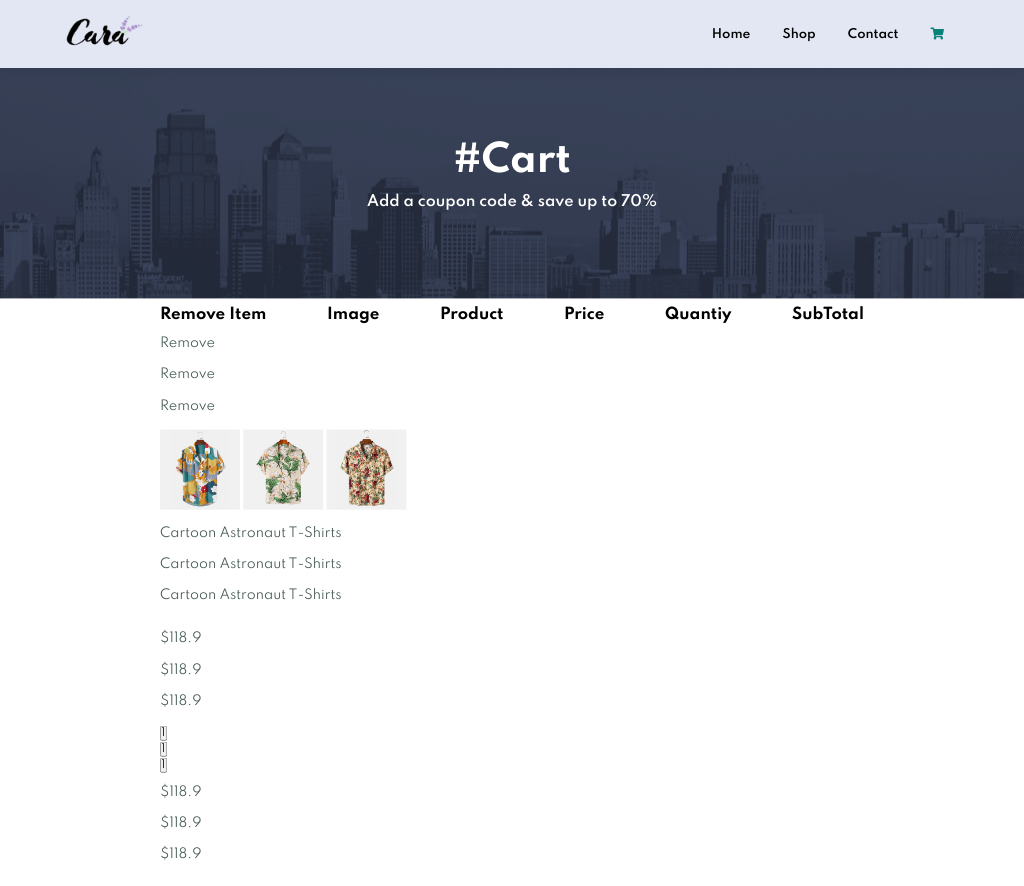
Repository: Daryllgio/E-Commerce-Website-UI
Page: cart.html
These files come from the project's save history. The page is drawn as it stood at one moment and after the next save; the edit follows.
The browser window is 1280 px wide. The pictures show the whole page, at 80% of full size.
Some web libraries are served in a nearby version.

Above is the page before, as saved 2025-01-02 01:47:24.

### cart.html
<!DOCTYPE html>
<html lang="en">

<head>
    <meta charset="UTF-8">
    <meta http-equiv="X-UA-Compatible" content="IE=edge">
    <meta name="viewport" content="width=device-width, initial-scale=1.0">
    <title>Document</title>

    <link rel="stylesheet" href="https://pro.fontawesome.com/releases/v5.10.0/css/all.css" />

    <link rel="stylesheet" href="style.css">
</head>

<body>
    <section id="header">
        <a href="#"><img src="img/logo.png" id="logo" class="logo" alt=""></a>

        <div>
            <ul id="navbar">
                <li>
                    <a href="index.html">Home</a>
                </li>
                <li>
                    <a href="shop.html">Shop</a>
                </li>
                <li>
                    <a href="contact.html">Contact</a>
                </li>
                <li>
                    <a class="active" href="cart.html"><i class="fa fa-shopping-cart" aria-hidden="true"></i></a>
                </li>

            </ul>
        </div>
    </section>

    <section id="CartPageheader" class="section-p1">
        <h2>#Cart</h2>
        <p>Add a coupon code & save up to 70%</p>
    </section>

    <section id="Cart-Summary-Container">
        <div class="Cart-Content-Header">
            <h3>
                Remove Item
            </h3>
            <h3>
                Image
            </h3>
            <h3>
                Product
            </h3>
            <h3>
                Price
            </h3>
            <h3>
                Quantiy
            </h3>
            <h3>
                SubTotal
            </h3>
        </div>
        <div class="Cart-Content">
            <p>
                Remove
            </p>
            <p>
                Remove
            </p>
            <p>
                Remove
            </p>
        </div>

        <div class="Cart-Content">
            <img src="img/products/f1.jpg" class="option" alt="">
            <img src="img/products/f2.jpg" class="option" alt="">
            <img src="img/products/f3.jpg" class="option" alt="">
        </div>

        <div class="Cart-Content">
            <p>
                Cartoon Astronaut T-Shirts
            </p>
            <p>
                Cartoon Astronaut T-Shirts
            </p>
            <p>
                Cartoon Astronaut T-Shirts
            </p>
        </div>
        <div class="Cart-Content">
            <p>
                $118.9
            </p>
            <p>
                $118.9
            </p>
            <p>
                $118.9
            </p>
        </div>

        <div class="Cart-Content">
            <div class="Product-Num-Container">
                <div class="dropdown">
                    <button class="Size-btn" onclick="toggleDropdown('myDropdown2')">1</button>
                    <div class="dropdown-content" id="myDropdown2">
                        <a href="#" onclick="updateButtonText('myDropdown2', this)">1</a>
                        <a href="#" onclick="updateButtonText('myDropdown2', this)">2</a>
                        <a href="#" onclick="updateButtonText('myDropdown2', this)">3</a>
                        <a href="#" onclick="updateButtonText('myDropdown2', this)">4</a>
                        <a href="#" onclick="updateButtonText('myDropdown2', this)">5</a>
                        <a href="#" onclick="updateButtonText('myDropdown2', this)">6</a>
                        <a href="#" onclick="updateButtonText('myDropdown2', this)">7</a>
                        <a href="#" onclick="updateButtonText('myDropdown2', this)">8</a>
                        <a href="#" onclick="updateButtonText('myDropdown2', this)">9</a>
                        <a href="#" onclick="updateButtonText('myDropdown2', this)"></a>
                    </div>
                </div>
            </div>
            <div class="Product-Num-Container">
                <div class="dropdown">
                    <button class="Size-btn" onclick="toggleDropdown('myDropdown2')">1</button>
                    <div class="dropdown-content" id="myDropdown2">
                        <a href="#" onclick="updateButtonText('myDropdown2', this)">1</a>
                        <a href="#" onclick="updateButtonText('myDropdown2', this)">2</a>
                        <a href="#" onclick="updateButtonText('myDropdown2', this)">3</a>
                        <a href="#" onclick="updateButtonText('myDropdown2', this)">4</a>
                        <a href="#" onclick="updateButtonText('myDropdown2', this)">5</a>
                        <a href="#" onclick="updateButtonText('myDropdown2', this)">6</a>
                        <a href="#" onclick="updateButtonText('myDropdown2', this)">7</a>
                        <a href="#" onclick="updateButtonText('myDropdown2', this)">8</a>
                        <a href="#" onclick="updateButtonText('myDropdown2', this)">9</a>
                        <a href="#" onclick="updateButtonText('myDropdown2', this)"></a>
                    </div>
                </div>
            </div>
            <div class="Product-Num-Container">
                <div class="dropdown">
                    <button class="Size-btn" onclick="toggleDropdown('myDropdown2')">1</button>
                    <div class="dropdown-content" id="myDropdown2">
                        <a href="#" onclick="updateButtonText('myDropdown2', this)">1</a>
                        <a href="#" onclick="updateButtonText('myDropdown2', this)">2</a>
                        <a href="#" onclick="updateButtonText('myDropdown2', this)">3</a>
                        <a href="#" onclick="updateButtonText('myDropdown2', this)">4</a>
                        <a href="#" onclick="updateButtonText('myDropdown2', this)">5</a>
                        <a href="#" onclick="updateButtonText('myDropdown2', this)">6</a>
                        <a href="#" onclick="updateButtonText('myDropdown2', this)">7</a>
                        <a href="#" onclick="updateButtonText('myDropdown2', this)">8</a>
                        <a href="#" onclick="updateButtonText('myDropdown2', this)">9</a>
                        <a href="#" onclick="updateButtonText('myDropdown2', this)"></a>
                    </div>
                </div>
            </div>
        </div>
        <div class="Cart-Content">
            <p>
                $118.9
            </p>
            <p>
                $118.9
            </p>
            <p>
                $118.9
            </p>
        </div>
    </section>


    <script src="script.js"></script>

</body>

</html>

### style.css
@import url("https://fonts.googleapis.com/css2?family=Spartan:wght@100;200;300;400;500;600;700;800;900&display=swap");

* {
  margin: 0;
  padding: 0;
  box-sizing: border-box;
  font-family: "Spartan", sans-serif;
}

html {
  scroll-behavior: smooth;
}

/* Global Styles */

h1 {
  font-size: 50px;
  line-height: 64px;
  color: #222;
}

h2 {
  font-size: 46px;
  line-height: 54px;
  color: #222;
}

h4 {
  font-size: 20px;
  color: #222;
}

h6 {
  font-weight: 700;
  font-size: 12px;
}

p {
  font-size: 16px;
  color: #465b52;
  margin: 15px 0 20px 0;
}

.section-p1 {
  padding: 40px 80px;
}

.section-m1 {
  margin: 40px 0;
}

button.normal {
  font-size: 14px;
  font-weight: 400;
  padding: 15px 20px;
  border-radius: 5px;
  cursor: pointer;
  border: none;
  outline: none;
  transition: 0.3s;
}

body {
  width: 100%;
}

#header {
  display: flex;
  align-items: center;
  justify-content: space-between;
  padding: 20px 80px;
  background: #E3E6F3;
  box-shadow: 0 5px 15px rgba(0, 0, 0, 0.06);
  position: sticky;
  top: 0;
  left: 0;

}



#navbar {
  display: flex;
  align-items: center;
  justify-content: center;
}

#navbar li {
  list-style: none;
  padding: 0px 20px;
}

#navbar li a {
  text-decoration: none;
  font-size: 15px;
  font-weight: 600;
  color: #000;
  transition: 0.3s ease;
}

#navbar li a:hover,
#navbar li a.active {
  color: #088178;
}

#HomeHeaderContent {
  background-image: url("img/hero4.png");
  height: 90vh;
  width: 100%;
  background-size: cover;
  background-position: top 25% right 0;
  padding: 0 80px;
  align-items: flex-start;
  display: flex;
  flex-direction: column;
  justify-content: center;
}

#HomeHeaderContent h4 {
  margin-bottom: 10px;
}

#HomeHeaderContent h1 {
  color: #088178;
}

#HomeHeaderContent button {
  color: #088178;
  background-image: url("img/button.png");
  font-size: 15px;
  font-weight: 600;
  background-color: transparent;
  border: 0;
  padding: 14px 80px 14px 65px;
  background-repeat: no-repeat;
  cursor: pointer;
}

#Features {
  display: flex;
  justify-content: space-between;
}

#Features .fe-box {
  width: 200px;
  text-align: center;
  padding: 35px 25px;
  border: 1px solid #cce7d0;
  box-shadow: 20px 20px 34px rgba(0, 0, 0, 0.03);
  border-radius: 10px;
}

#Features .fe-box:hover {
  box-shadow: 10px 10px 54px rgba(0, 0, 0, 0.1);
}

#Features .fe-box img {
  margin-bottom: 10px;
}

#Features .fe-box h6 {
  font-size: 13px;
  display: inline-block;
  line-height: 1;
  border-radius: 4px;
  color: #088178;
  background-color: #fddde4;
  padding: 9px 8px 6px 8px;
}

#Features .fe-box:nth-child(2) h6 {
  background-color: #cdebbc;
}

#Features .fe-box:nth-child(3) h6 {
  background-color: #d1e8f2;
}

#Features .fe-box:nth-child(4) h6 {
  background-color: #cdd4f8;
}

#Features .fe-box:nth-child(5) h6 {
  background-color: #f6dbf6;
}

#Features .fe-box:nth-child(6) h6 {
  background-color: #fff2e5;
}

#product1 {
  text-align: center;
}

#product1 .pro {
  width: 23%;
  min-width: 250px;
  padding: 10px 25px;
  border: 1px solid #f0f0f0;
  border-radius: 20px;
  cursor: pointer;
  box-shadow: 20px 20px 30px rgba(0, 0, 0, 0.02);
  transition: 0.3s ease;
}

#product1 .pro:hover {
  box-shadow: 20px 20px 30px rgba(0, 0, 0, 0.06);

}

#product1 .pro img {
  width: 100%;
  border-radius: 20px;
}

#product1 .pro .des {
  text-align: start;
  padding: 10px 0;
}

#product1 .pro .des span {
  color: #606063;
  font-size: 12px;
}

#product1 .pro .des h5 {
  color: #1a1a1a;
  font-size: 14px;
  padding-top: 7px;
}

#product1 .pro .des .fa-star {
  color: rgb(243, 181, 25);
  font-size: 12px;
}

#product1 .pro .des h4 {
  font-size: 16px;
  padding-top: 7px;
  font-weight: 700;
  color: #088178;

}

#product1 .pro .Shop {
  display: flex;
  justify-content: space-between;
}

#product1 .pro .des .fa-shopping-cart {
  width: 40px;
  height: 40px;
  line-height: 40px;
  border-radius: 50px;
  font-size: 17px;
  background-color: #e8f6ea;
  font-weight: 500;
  color: #088178;
  border: 1px solid #cce7d0;
  text-align: center;
}

#product1 .pro-container {
  display: flex;
  justify-content: space-between;
  padding: 20px;
  flex-wrap: wrap;
}


#banner {
  background-image: url("img/banner/b2.jpg");
  height: 40vh;
  width: 100%;
  background-size: cover;
  background-position: top 25% right 0;
  padding: 0 80px;
  text-align: center;
  display: flex;
  flex-direction: column;
  align-items: center;
  justify-content: center;
}

#banner p {
  font-size: 15px;
  margin-bottom: 15px;
  font-weight: 400;
  color: #ffffff;
}

#banner h2 {
  color: #fff;
  margin-bottom: 15px;
}

#banner span {
  color: red;
}

#banner button:hover {
  color: #fff;
  background-color: #088178;
}



#sm-banner {
  display: flex;
  justify-content: space-between;
  flex-wrap: wrap;
  margin-bottom: 10px;
}

#sm-banner .banner-box {
  background-image: url("img/banner/b17.jpg");
  height: 50vh;
  min-width: 620px;
  background-size: cover;
  padding: 0 20px;
  display: flex;
  flex-direction: column;
  align-items: flex-start;
  justify-content: center;

}

#sm-banner .banner-box:nth-child(2) {
  background-image: url("img/banner/b10.jpg");
}

#sm-banner p {
  font-size: 20px;
  color: #fff;
}

#sm-banner h2 {
  color: #fff;
}

#sm-banner span {
  font-size: 17px;
  color: #fff;
  margin-top: 15px;
}

#sm-banner button {
  margin-top: 25px;
  background-color: transparent;
  color: #fff;
  border: 1px solid #fff;
  transition: 0.3s ease;

}

#sm-banner button:hover {
  border: 0;
  background-color: #088178;
}




#sm-banner2 {
  display: flex;
  justify-content: space-between;
}

#sm-banner2 .banner-box {
  background-image: url("img/banner/b7.jpg");
  height: 30vh;
  width: 420px;
  background-size: cover;
  padding: 0 20px;
  display: flex;
  flex-direction: column;
  align-items: flex-start;
  justify-content: center;
  overflow: hidden;

}

#sm-banner2 .banner-box:nth-child(2) {
  background-image: url("img/banner/b4.jpg");
}

#sm-banner2 .banner-box:nth-child(3) {
  background-image: url("img/banner/b18.jpg");
}

#sm-banner2 h3 {
  font-size: 28px;
  color: #fff;
}

#sm-banner2 span {
  font-size: 17px;
  color: #fff;
  font-weight: 600;
  margin-top: 15px;
}

#sm-NewsLetter {
  background-image: url("img/banner/b14.png");
  background-repeat: no-repeat;
  height: 20vh;
  width: 100%;
  background-size: cover;
  background-position: top 25% right 30%;
  background-color: #041e42;
}

#sm-NewsLetter .Newsletters-Container {
  justify-content: space-between;
  padding: 0 10px;
  display: flex;
  flex-direction: row;
  align-items: center;
}

#sm-NewsLetter .Newsletters-Container h3 {
  color: #fff;
  font-size: 24px;
}

#sm-NewsLetter .Newsletters-Container p {
  color: #fff;
}

#sm-NewsLetter .Newsletters-Container span {
  color: rgb(243, 181, 25);
}

#sm-NewsLetter .Newsletters-Input {
  display: flex;
}

#sm-NewsLetter input {
  width: 400px;
  border: 0;
  border-radius: 5px;
  border-top-right-radius: 0;
  border-bottom-right-radius: 0;
  height: 55px;
  padding-left: 30px;
  font-size: 16px;
}

#sm-NewsLetter button {
  width: 150px;
  height: 55px;
  font-size: 16px;
  color: #fff;
  background-color: #088178;
  border: 0;
  border-radius: 5px;
  border-top-left-radius: 0;
  border-bottom-left-radius: 0;
}

#Footer {
  display: flex;
  flex-direction: row;
  justify-content: space-between;
}

#Footer .Footer-box {
  display: flex;
  flex-direction: column;
}

#Footer a {
  margin-bottom: 10px;
  text-decoration: none;
  color: #000;
}



#Footer h3 {
  margin-bottom: 10px;
}

#Footer .Social-Icons {
  display: flex;
  flex-direction: row;
  align-items: center;
}

#Footer i {
  margin-right: 10px;
}

#Footer span {
  font-weight: 600;
}

#Footer p {
  margin-bottom: 10px;
}

#Footer .pay {
  border: 1px solid #088178;
  border-radius: 10px;
}

#copyright p {
  text-align: center;
  font-size: 17px;
  font-weight: 400;
}

#ShopPageheader {
  background-image: url("img/banner/b1.jpg");
  height: 40vh;
  width: 100%;
  background-size: cover;
  background-position: top 25% right 0;
  padding: 0 80px;
  text-align: center;
  display: flex;
  flex-direction: column;
  align-items: center;
  justify-content: center;
}

#ShopPageheader h2 {
  color: #fff;
}

#ShopPageheader p {
  color: #fff;
  font-size: 18px;
  font-weight: 600;
}

#ShopPagePagination {
  display: flex;
  align-items: center;
  justify-content: center;
  margin-bottom: 20px;
}

#ShopPagePagination a {
  padding: 20px 25px;
  align-items: center;
  text-align: center;
  background-color: #088178;
  font-size: 15px;
  font-weight: 600;
  border: 0;
  text-decoration: none;
  border-radius: 10px;
  margin-right: 10px;
  color: #fff;
}

#ShopPagePagination a i {
  font-size: 18px;
}

.dropdown-content {
  display: none;
  position: absolute;
  background-color: #f9f9f9;
  min-width: 160px;
  box-shadow: 0px 8px 16px rgba(0, 0, 0, 0.2);
  z-index: 1;
}

.dropdown-content a {
  color: black;
  padding: 12px 16px;
  text-decoration: none;
  display: block;
}

.dropdown-content a:hover {
  background-color: #f1f1f1;
}

#Product-Detail-Container {
  display: flex;
  padding: 0 80px;
  margin-top: 30px;
}

#Product-Detail-Container .OptionContainer {
  display: flex;
  align-items: center;
  flex-direction: column;
  margin-right: 30px;
}

#Product-Detail-Container .OptionSubContainer {
  display: flex;
  justify-content: flex-start;
}



#MainImg {
  width: 590px;
  height: 60vh;
  margin-bottom: 10px;
}

#Product-Detail-Container .option {
  width: 140px;
  height: 20vh;
  margin-right: 10px;
  cursor: pointer;
}

#Product-Detail-Container .Product-Category {
  margin-bottom: 20px;
}

#Product-Detail-Container .Product-Price {
  margin-bottom: 20px;
}

#Product-Detail-Container .dropdown-btn {
  padding: 12px 25px;
  border: 1px solid;
  border-radius: 5px;
  background-color: transparent;
}

#Product-Detail-Container .Product-Num-Container {
  display: flex;
  align-items: center;
  margin-top: 10px;
  margin-bottom: 50px;
}

#Product-Detail-Container .Size-btn {
  padding: 12px 25px;
  border: 1px solid;
  border-radius: 5px;
  text-align: center;
  margin-right: 10px;
  background-color: #fff;
}

#Product-Detail-Container .AddToCart-btn {
  padding: 16px 25px;
  border: 0;
  border-radius: 7px;
  text-align: center;
  background-color: #088178;
  color: #fff;
  font-size: 15px;
  font-weight: 600;
}


#Product-Detail-Container .Product-Detail-Header {
  color: #000;
  font-size: 22px;
  font-weight: 600;
}

#Product-Detail-Container .Product-Details {
  color: #000;
  line-height: 25px;
}

#ContactPageheader {
  background-image: url("img/about/banner.png");
  height: 40vh;
  width: 100%;
  background-size: cover;
  background-position: top 25% right 0;
  padding: 0 80px;
  text-align: center;
  display: flex;
  flex-direction: column;
  align-items: center;
  justify-content: center;
}

#ContactPageheader h2 {
  color: #fff;
}

#ContactPageheader p {
  color: #fff;
  font-size: 18px;
  font-weight: 600;
}

#ContactDetailContainer {
  display: flex;
  align-items: center;
  gap: 20px;
  padding: 30px 50px;
}

#ContactDetailContainer .ContactDetail {
  display: flex;
  align-items: center;
  gap: 10px;
}

#ContactDetailContainer h2 {
  margin-bottom: 20px;
}

#ContactDetailContainer p {
  color: #000;
  font-size: 17px;
}

#Contact-Input {
  display: flex;
  flex-direction: column;
  gap: 10px;
  padding: 20px 100px;
  align-items: center;
}

#Contact-Input h2 {
  text-align: center;
}

#Contact-Input .Input-Box {
  width: 600px;
  height: 40px;
  padding: 0 20px;
  border-radius: 5px;
  border: 1px solid #e1e1e1;
}

#Contact-Input .Input-Message-Box {
  width: 600px;
  height: 200px;
  border: 1px solid #e1e1e1;
  border-radius: 5px;
  padding-left: 15px;
  padding-top: 15px;
}

#Contact-Input button {
  padding: 16px 25px;
  border: 0;
  border-radius: 7px;
  text-align: center;
  background-color: #088178;
  color: #fff;
  font-size: 15px;
  font-weight: 600;
}

#CartPageheader {
  background-image: url("img/about/banner.png");
  height: 40vh;
  width: 100%;
  background-size: cover;
  background-position: top 25% right 0;
  padding: 0 80px;
  text-align: center;
  display: flex;
  flex-direction: column;
  align-items: center;
  justify-content: center;
}

#CartPageheader h2 {
  color: #fff;
}

#CartPageheader p {
  color: #fff;
  font-size: 18px;
  font-weight: 600;
}

#Cart-Summary-Container {
  display: flex;
  flex-direction: column;
  padding: 10px 200px;
}

#Cart-Summary-Container .Cart-Content-Header {
  display: flex;
  flex-direction: row;
  justify-content: space-between;
}

#Cart-Summary-Container .option {
  width: 100px;
  height: 100px;
}

#Cart-Summary-Container .Cart-Content {}

### script.js
// Script for navigation bar
function toggleDropdown(dropdownId) {
    const dropdown = document.getElementById(dropdownId);
    const isOpen = dropdown.style.display === "block";
    closeAllDropdowns(); // Close any other open dropdowns
    dropdown.style.display = isOpen ? "none" : "block";
}

function closeAllDropdowns() {
    const dropdowns = document.querySelectorAll(".dropdown-content");
    dropdowns.forEach(dropdown => {
        dropdown.style.display = "none";
    });
}

function updateButtonText(dropdownId, selectedItem) {
    const dropdown = document.getElementById(dropdownId);
    const button = dropdown.previousElementSibling; // Select the button associated with the dropdown
    button.textContent = selectedItem.textContent; // Update button text with the selected item's text
    dropdown.style.display = "none"; // Close the dropdown after selection
}

// Close dropdowns when clicking outside
document.addEventListener("click", function (event) {
    if (!event.target.matches(".dropdown-btn") && !event.target.matches(".Size-btn")) {
        closeAllDropdowns();
    }
});

After the next save:
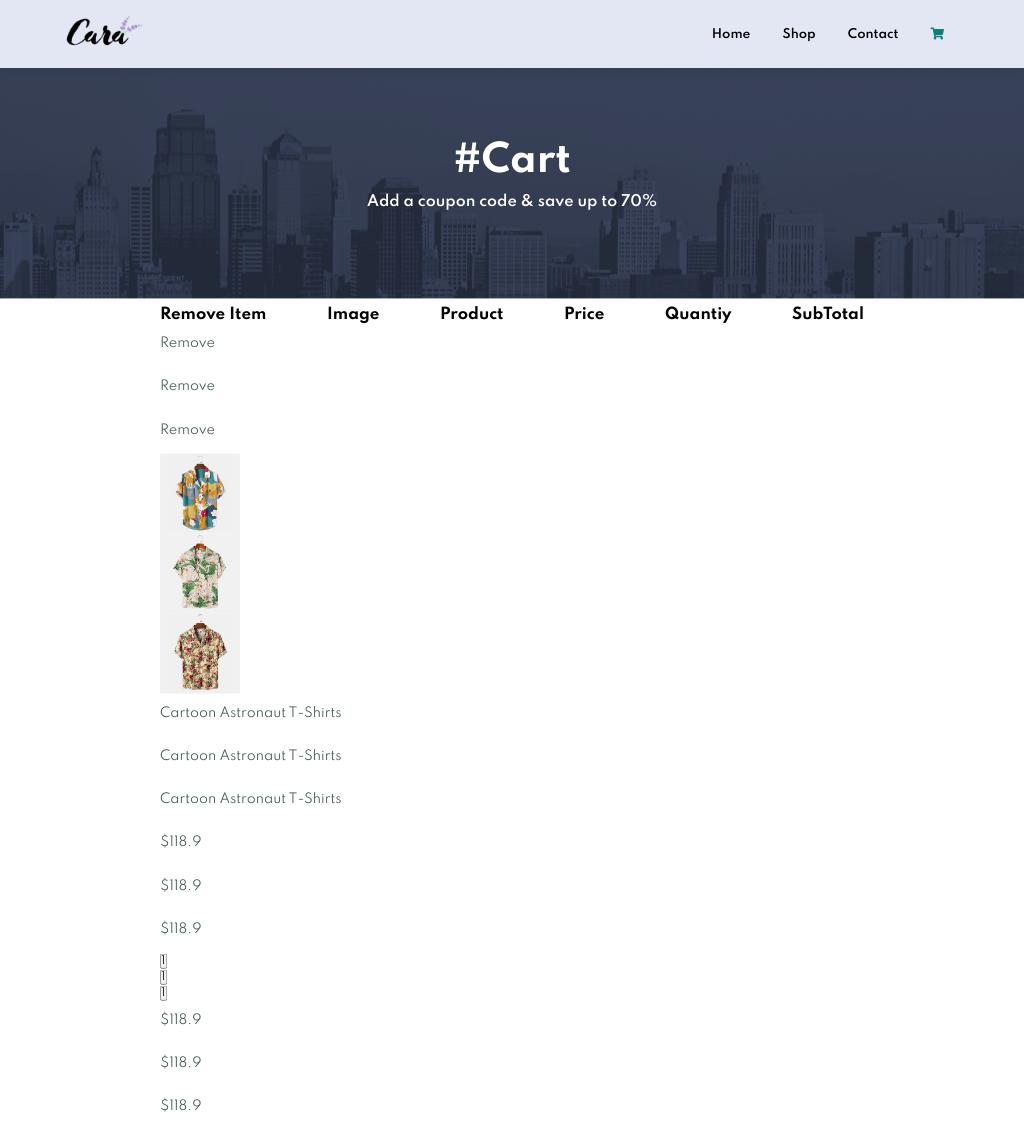
Saved 38 s later.
--- a/style.css
+++ b/style.css
@@ -793,4 +793,8 @@ body {
   height: 100px;
 }
 
-#Cart-Summary-Container .Cart-Content {}
+#Cart-Summary-Container .Cart-Content {
+  display: flex;
+  flex-direction: column;
+  justify-content: space-between;
+}
